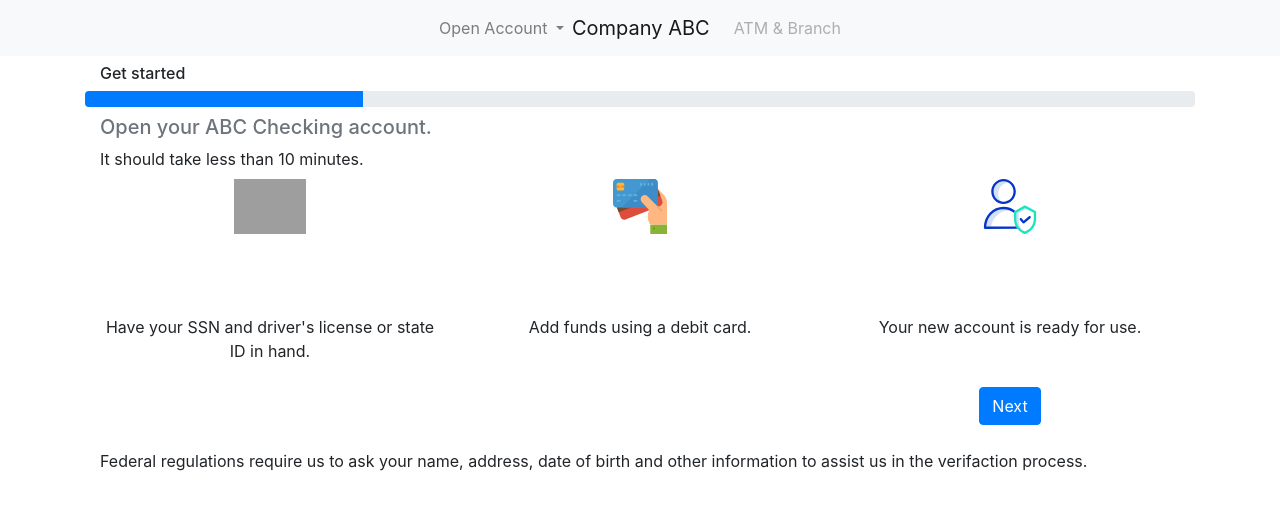
Repository: barriosan95/banking-opening-account-demo
Page: http://localhost/checking/application
The author's editor kept a record of every edit. The page is drawn from the files as they stood at one moment, then again after the next edit.
The browser window is 1280 px wide. The pictures show the whole page.
Pictures or frames that could not be fetched are drawn as grey boxes. Some web fonts or font styles are not loaded; a fallback is used. Some web libraries are served in a nearby version. The page is served by the project's Node server (index.js).

Above is the page before.

### views/checking_app.ejs
<% include ./partials/header %>
    <div class ="container">
        <div class ="container mt-2">
            <h6 class="mb-0"> Get started<h6>
        </div>
        <div class="progress">
            <div class="progress-bar" role="progressbar" style="width: 25%" aria-valuenow="25" aria-valuemin="0" aria-valuemax="100"></div>
        </div>
        <div class ="container mt-2 mb-2 text-muted">
            <h5> Open your ABC Checking account.</h5>
        </div>
        <div class ="container">
            <label> It should take less than 10 minutes.</label>
            <div class ="row">
                <div class ="col-md-4 d-flex flex-column align-items-center">
                    <img class=" app-img img-fluid" src="/icons/identification.svg">
                </div>
                <div class ="col-md-4 d-flex flex-column align-items-center">
                    <img class="app-img img-fluid" src="/icons/debit-card.svg">
                </div>
                <div class ="col-md-4 d-flex flex-column align-items-center">
                    <img class="app-img img-fluid" src="/icons/user.svg">
                </div>
            </div>
            <div class ="row">
                <div class ="col-md-4 text-center">
                    <p>Have your SSN and driver's license or state ID in hand.</p>
                </div>
                <div class ="col-md-4 text-center">
                    <p>Add funds using a debit card. </p>
                </div>
                <div class ="col-md-4 text-center">
                    <p>Your new account is ready for use.</p>
                </div>
            </div>
            <div class ="row">
                <div class="col-md-4 d-flex flex-column align-items-center ml-auto">
                    <a href="/checking/application" > <button class="btn btn-primary mt-2">Next</button></a>
                </div>
            </div>
        </div>
        <div class="container mt-4">
            <p> Federal regulations require us to ask your name, address, date of birth and other information to assist us in the verifaction process.</p>
        </div>
    </div>
<% include ./partials/footer %>

### views/partials/header.ejs
<!DOCTYPE HTML!>
<html>

    <head>


        <!--CDN Bootstrap v4.1.3-->
        <link rel="stylesheet" href="https://stackpath.bootstrapcdn.com/bootstrap/4.1.3/css/bootstrap.min.css">
        <link rel="stylesheet" href="https://cdnjs.cloudflare.com/ajax/libs/font-awesome/4.7.0/css/font-awesome.min.css">

        <!--Ref stylesheets -->
        <link rel= "stylesheet" type="text/css" href="/styles/app.css">


        <!--font -->
        <link href="https://fonts.googleapis.com/css?family=Muli:200,300,400,700,800" rel="stylesheet">


        <!--Will ensure proper responsivness on mobile devices-->
        <meta name="viewport" content="width=device-width, initial-scale=1, shrink-to-fit=no">

        <title> Banking OA Demo </title>

        <meta name="viewport" content="width=device-width, initial-scale=1, maximum-scale=1, user-scalable=no">

    </head>

    <body>

    <!--NAVBAR-->
        <nav class="navbar navbar-expand-lg navbar-light bg-light">
            <button class="navbar-toggler" type="button" data-toggle="collapse" data-target="#navbarNavDropdown" aria-controls="navbarNavDropdown" aria-expanded="false" aria-label="Toggle navigation">
                <span class="navbar-toggler-icon"></span>
            </button>

            <div class="collapse navbar-collapse" id="navbarNavDropdown">
                <ul class="navbar-nav mx-auto">
                    <li class="nav-item dropdown">
                        <a class="nav-link dropdown-toggle" href="#" id="navbarDropdown" role="button" data-toggle="dropdown">
                            Open Account
                        </a>
                        <div class="dropdown-menu" aria-labelledby="navbarDropdown">
                          <a class="dropdown-item" href="/checking">Checking Accounts</a>
                          <div class="dropdown-divider"></div>
                          <a class="dropdown-item" href="/savings">Savings Accounts </a>
                          <div class="dropdown-divider"></div>
                          <a class="dropdown-item" href="#">Money Market Accounts</a>
                          <div class="dropdown-divider"></div>
                          <a class="dropdown-item" href="#">CD and IRA's</a>

                        </div>
                    </li>
                    <a class="navbar-brand" href="/"> Company ABC </a>
                     <li class="nav-item">
                        <a class="nav-link disabled" href="#">ATM & Branch</a>
                     </li>
                </ul>
            </div>
        </nav>

### views/partials/footer.ejs

        <!--Bootstrap js scripts-->
        <script src="https://code.jquery.com/jquery-3.3.1.min.js" integrity="sha256-FgpCb/KJQlLNfOu91ta32o/NMZxltwRo8QtmkMRdAu8="crossorigin="anonymous"></script>
        <script src="https://cdnjs.cloudflare.com/ajax/libs/popper.js/1.12.9/umd/popper.min.js" integrity="sha384-ApNbgh9B+Y1QKtv3Rn7W3mgPxhU9K/ScQsAP7hUibX39j7fakFPskvXusvfa0b4Q" crossorigin="anonymous"></script>
        <script src="https://maxcdn.bootstrapcdn.com/bootstrap/4.0.0/js/bootstrap.min.js" integrity="sha384-JZR6Spejh4U02d8jOt6vLEHfe/JQGiRRSQQxSfFWpi1MquVdAyjUar5+76PVCmYl" crossorigin="anonymous"></script>
        <!--JS SCIPTs -->

        <script src="/js/forms.js"></script>
        <script src="https://cdn.jsdelivr.net/npm/jquerykeyframes@1.0.5/dist/jquery.keyframes.min.js"></script>

    </body>
</html>

### index.js
const express = require('express');


const mainRoutes = require('./routes/main');

//APP CONFIGURATIONS
var app = express();
    app.set('view engine','ejs');
    app.use(express.static("public"));
    app.use(mainRoutes);





app.listen(process.env.PORT,process.env.IP,function(){
    console.log('Server established.');
});

### routes/main.js
const express = require('express');

const router = express.Router();

router.get("/", function(req,res){
    res.render('main');
});

router.get("/checking",function(req,res){
    res.render('checking');
});

router.get("/savings",function(req,res){
    res.render('savings');
});

router.get("/checking/application",function(req,res){
   res.render('checking_app');
});

router.get("/checking/application/customerInfo",function(req,res){
   res.render('info_app');
});


module.exports = router;

### public/styles/app.css
.app-img{
    max-height: 40%;
    max-width: 40%;
}

### public/icons/debit-card.svg
<svg xmlns="http://www.w3.org/2000/svg" height="591pt" version="1.1" viewBox="0 0 591.60405 591" width="591pt">
<g id="surface1">
<path d="M 555.878906 168.519531 L 449.105469 61.542969 L 449.105469 490.230469 L 592 490.230469 L 592 255.378906 C 592 222.769531 578.996094 191.507812 555.878906 168.519531 Z M 555.878906 168.519531 " style=" stroke:none;fill-rule:nonzero;fill:rgb(100%,71.764706%,50.980392%);fill-opacity:1;" />
<path d="M 83.457031 412.117188 L 2.738281 202.570312 C -5.363281 181.535156 5.117188 157.90625 26.164062 149.800781 L 407.15625 3.046875 C 428.191406 -5.054688 451.820312 5.425781 459.921875 26.472656 L 540.640625 236.019531 C 548.742188 257.054688 538.261719 280.683594 517.214844 288.789062 L 136.234375 435.542969 C 115.1875 443.644531 91.570312 433.152344 83.457031 412.117188 Z M 83.457031 412.117188 " style=" stroke:none;fill-rule:nonzero;fill:rgb(87.058824%,29.803922%,23.529412%);fill-opacity:1;" />
<path d="M 489.011719 101.960938 L 32.195312 279.03125 L 62.613281 357.992188 L 519.449219 181.003906 Z M 489.011719 101.960938 " style=" stroke:none;fill-rule:nonzero;fill:rgb(47.843137%,28.627451%,18.823529%);fill-opacity:1;" />
<path d="M 0.00390625 265.679688 L 0.00390625 41.128906 C 0.00390625 18.582031 18.285156 0.300781 40.832031 0.300781 L 449.105469 0.300781 C 471.652344 0.300781 489.933594 18.582031 489.933594 41.128906 L 489.933594 265.679688 C 489.933594 288.226562 471.652344 306.507812 449.105469 306.507812 L 40.832031 306.507812 C 18.285156 306.507812 0.00390625 288.226562 0.00390625 265.679688 Z M 0.00390625 265.679688 " style=" stroke:none;fill-rule:nonzero;fill:rgb(26.27451%,59.607843%,81.960784%);fill-opacity:1;" />
<path d="M 449.105469 0.300781 L 405.726562 0.300781 L 99.519531 306.507812 L 449.105469 306.507812 C 471.652344 306.507812 489.933594 288.226562 489.933594 265.679688 L 489.933594 41.128906 C 489.933594 18.582031 471.652344 0.300781 449.105469 0.300781 Z M 449.105469 0.300781 " style=" stroke:none;fill-rule:nonzero;fill:rgb(24.313725%,54.901961%,78.039216%);fill-opacity:1;" />
<path d="M 40.832031 163.609375 L 81.660156 163.609375 L 81.660156 184.023438 L 40.832031 184.023438 Z M 40.832031 163.609375 " style=" stroke:none;fill-rule:nonzero;fill:rgb(36.862745%,70.196078%,81.960784%);fill-opacity:1;" />
<path d="M 40.832031 224.851562 L 81.660156 224.851562 L 81.660156 245.265625 L 40.832031 245.265625 Z M 40.832031 224.851562 " style=" stroke:none;fill-rule:nonzero;fill:rgb(36.862745%,70.196078%,81.960784%);fill-opacity:1;" />
<path d="M 224.554688 224.851562 L 265.382812 224.851562 L 265.382812 245.265625 L 224.554688 245.265625 Z M 224.554688 224.851562 " style=" stroke:none;fill-rule:nonzero;fill:rgb(36.862745%,70.196078%,81.960784%);fill-opacity:1;" />
<path d="M 102.074219 163.609375 L 142.898438 163.609375 L 142.898438 184.023438 L 102.074219 184.023438 Z M 102.074219 163.609375 " style=" stroke:none;fill-rule:nonzero;fill:rgb(36.862745%,70.196078%,81.960784%);fill-opacity:1;" />
<path d="M 163.3125 163.609375 L 204.140625 163.609375 L 204.140625 184.023438 L 163.3125 184.023438 Z M 163.3125 163.609375 " style=" stroke:none;fill-rule:nonzero;fill:rgb(36.862745%,70.196078%,81.960784%);fill-opacity:1;" />
<path d="M 224.554688 163.609375 L 265.382812 163.609375 L 265.382812 184.023438 L 224.554688 184.023438 Z M 224.554688 163.609375 " style=" stroke:none;fill-rule:nonzero;fill:rgb(36.862745%,70.196078%,81.960784%);fill-opacity:1;" />
<path d="M 418.484375 41.128906 L 438.898438 41.128906 L 438.898438 71.75 L 418.484375 71.75 Z M 418.484375 41.128906 " style=" stroke:none;fill-rule:nonzero;fill:rgb(36.862745%,70.196078%,81.960784%);fill-opacity:1;" />
<path d="M 377.65625 41.128906 L 398.070312 41.128906 L 398.070312 71.75 L 377.65625 71.75 Z M 377.65625 41.128906 " style=" stroke:none;fill-rule:nonzero;fill:rgb(36.862745%,70.196078%,81.960784%);fill-opacity:1;" />
<path d="M 336.828125 41.128906 L 357.242188 41.128906 L 357.242188 71.75 L 336.828125 71.75 Z M 336.828125 41.128906 " style=" stroke:none;fill-rule:nonzero;fill:rgb(36.862745%,70.196078%,81.960784%);fill-opacity:1;" />
<path d="M 296.003906 41.128906 L 316.414062 41.128906 L 316.414062 71.75 L 296.003906 71.75 Z M 296.003906 41.128906 " style=" stroke:none;fill-rule:nonzero;fill:rgb(36.862745%,70.196078%,81.960784%);fill-opacity:1;" />
<path d="M 408.277344 490.230469 L 592 490.230469 L 592 592.296875 L 408.277344 592.296875 Z M 408.277344 490.230469 " style=" stroke:none;fill-rule:nonzero;fill:rgb(53.333333%,70.196078%,21.568627%);fill-opacity:1;" />
<path d="M 378.320312 184.6875 C 361.007812 167.4375 332.992188 167.488281 315.742188 184.800781 C 299.0625 201.539062 298.484375 228.433594 314.425781 245.878906 L 398.070312 337.128906 C 372.929688 381.128906 374.003906 435.386719 400.855469 478.359375 L 408.277344 490.230469 L 540.964844 490.230469 L 540.964844 347.335938 Z M 378.320312 184.6875 " style=" stroke:none;fill-rule:nonzero;fill:rgb(100%,71.764706%,50.980392%);fill-opacity:1;" />
<path d="M 438.898438 520.851562 L 459.3125 520.851562 L 459.3125 541.265625 L 438.898438 541.265625 Z M 438.898438 520.851562 " style=" stroke:none;fill-rule:nonzero;fill:rgb(41.960784%,58.823529%,16.470588%);fill-opacity:1;" />
<path d="M 40.832031 106.453125 L 40.832031 57.460938 C 40.832031 48.4375 48.140625 41.128906 57.164062 41.128906 L 106.15625 41.128906 C 115.179688 41.128906 122.484375 48.4375 122.484375 57.460938 L 122.484375 106.453125 C 122.484375 115.476562 115.179688 122.785156 106.15625 122.785156 L 57.164062 122.785156 C 48.140625 122.785156 40.832031 115.476562 40.832031 106.453125 Z M 40.832031 106.453125 " style=" stroke:none;fill-rule:nonzero;fill:rgb(99.215686%,71.372549%,18.431373%);fill-opacity:1;" />
<path d="M 40.832031 71.75 L 71.453125 71.75 L 71.453125 92.164062 L 40.832031 92.164062 Z M 40.832031 71.75 " style=" stroke:none;fill-rule:nonzero;fill:rgb(99.215686%,48.235294%,18.431373%);fill-opacity:1;" />
<path d="M 91.867188 71.75 L 122.484375 71.75 L 122.484375 92.164062 L 91.867188 92.164062 Z M 91.867188 71.75 " style=" stroke:none;fill-rule:nonzero;fill:rgb(99.215686%,48.235294%,18.431373%);fill-opacity:1;" />
<path d="M 530.757812 347.335938 C 528.054688 347.335938 525.453125 346.261719 523.542969 344.34375 L 482.714844 303.515625 C 478.796875 299.464844 478.910156 293.003906 482.972656 289.082031 C 486.933594 285.265625 493.199219 285.265625 497.148438 289.082031 L 537.976562 329.910156 C 541.957031 333.902344 541.957031 340.363281 537.976562 344.34375 C 536.054688 346.261719 533.464844 347.335938 530.757812 347.335938 Z M 530.757812 347.335938 " style=" stroke:none;fill-rule:nonzero;fill:rgb(94.901961%,64.313725%,43.529412%);fill-opacity:1;" />
</g>
</svg>

### public/icons/user.svg
<svg height="464pt" viewBox="-7 0 464 464.20294" width="464pt" xmlns="http://www.w3.org/2000/svg"><g fill="#d4e1f4"><path d="m300.402344 348.398438v-60l76.898437-42.097657-24-12.800781-83.800781 45.898438v60c.027344 47.632812 28.25 90.734374 71.902344 109.800781l11.597656 5.101562 6.402344-2.800781c-36.511719-21.519531-58.941406-60.71875-59-103.101562zm0 0"/><path d="m123.703125 125.699219c0-52.851563 42.84375-95.699219 95.699219-95.699219 3.097656 0 6.097656.199219 9.097656.398438-32.085938-25.167969-76.59375-27.246094-110.886719-5.171876-34.289062 22.074219-50.832031 63.449219-41.207031 103.078126 9.625 39.628906 43.300781 68.808593 83.894531 72.695312-23.109375-18.152344-36.605469-45.914062-36.597656-75.300781zm0 0"/><path d="m219.300781 265.199219c11.292969-.007813 22.554688 1.164062 33.601563 3.5-25.121094-15.5-54.085938-23.640625-83.601563-23.5-88.097656.199219-159.398437 70.5-159.199219 166.199219l51-.097657c9.101563-85.300781 76.398438-145.902343 158.199219-146.101562zm0 0"/></g><path d="m169.402344 211.398438c58.375 0 105.699218-47.320313 105.699218-105.699219 0-58.375-47.324218-105.699219-105.699218-105.699219s-105.699219 47.324219-105.699219 105.699219c.054687 58.355469 47.34375 105.644531 105.699219 105.699219zm0-191.398438c47.332031 0 85.699218 38.371094 85.699218 85.699219 0 47.332031-38.367187 85.699219-85.699218 85.699219-47.332032 0-85.699219-38.367188-85.699219-85.699219.054687-47.308594 38.390625-85.644531 85.699219-85.699219zm0 0" fill="#0635c9"/><path d="m20.402344 401.300781c2.097656-39.300781 17.398437-75.199219 43.398437-101.902343 27.699219-28.5 65.199219-44.199219 105.5-44.199219h.300781c33.378907-.191407 65.828126 10.988281 92 31.699219 1.5 1.203124 3 2.5 4.5 3.703124l13-15.101562c-1.699218-1.5-3.398437-2.898438-5.101562-4.300781-29.796875-23.699219-66-36.097657-104.699219-36.097657-45.800781.097657-88.300781 17.898438-119.800781 50.296876-32 32.800781-49.5 77.5-49.398438 126 .015626 5.519531 4.484376 9.984374 10 10l281-.5v-20zm0 0" fill="#0635c9"/><path d="m387.5 315.199219-45.199219 36.800781-16.300781-19.101562c-3.589844-4.195313-9.902344-4.6875-14.097656-1.097657-4.199219 3.589844-4.691406 9.902344-1.101563 14.097657l22.699219 26.5c1.910156 2.214843 4.679688 3.492187 7.601562 3.5 2.292969.019531 4.519532-.757813 6.300782-2.199219l52.800781-42.898438c4.289063-3.511719 4.925781-9.832031 1.425781-14.132812-3.5-4.296875-9.816406-4.957031-14.128906-1.46875zm0 0" fill="#0635c9"/><path d="m444.101562 270.5-86.199218-45.898438c-2.96875-1.621093-6.566406-1.582031-9.5.097657l-83.800782 45.902343c-3.207031 1.765626-5.199218 5.136719-5.199218 8.796876v60c.058594 51.585937 30.628906 98.25 77.898437 118.902343l11.601563 5.097657c1.257812.5625 2.625.835937 4 .800781 1.371094-.023438 2.726562-.292969 4-.800781l13.097656-5.699219c48.132812-20.191407 79.4375-67.304688 79.402344-119.5v-58.800781c.003906-3.714844-2.03125-7.132813-5.300782-8.898438zm-14.699218 67.699219c.019531 44.191406-26.523438 84.066406-67.300782 101.101562h-.101562l-9.097656 3.898438-7.601563-3.300781c-39.992187-17.472657-65.855469-56.953126-65.898437-100.597657v-54.101562l73.898437-40.5 76.101563 40.601562zm0 0" fill="#1ae5be"/></svg>

Loaded but not shown: public/js/forms.js (no copy from this time; the picture is the same without it)

After the next edit:
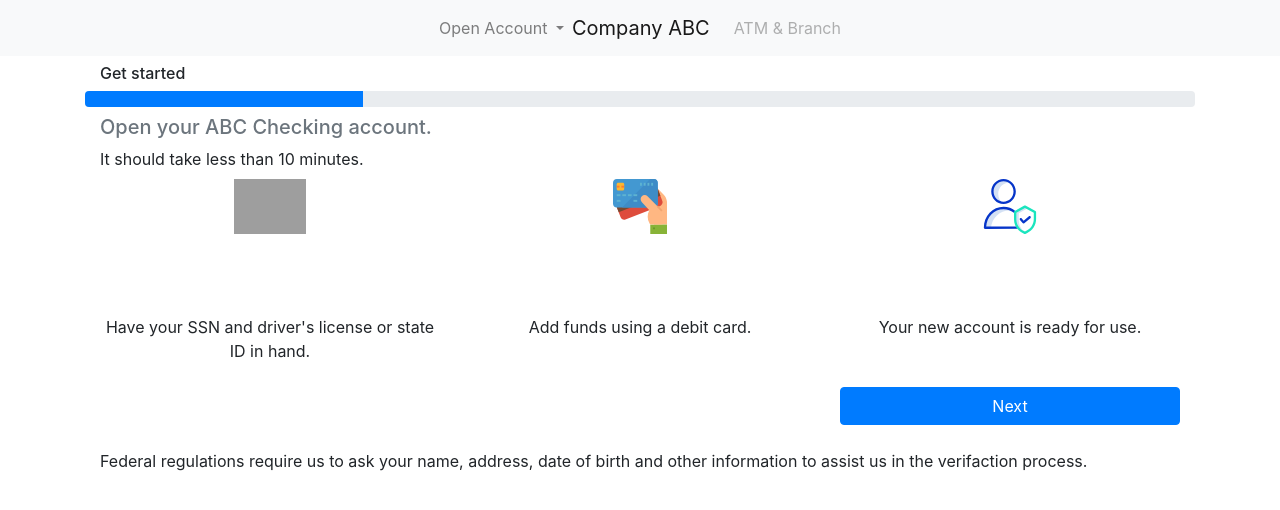
The edit:
--- a/views/checking_app.ejs
+++ b/views/checking_app.ejs
@@ -34,8 +34,8 @@
                 </div>
             </div>
             <div class ="row">
-                <div class="col-md-4 d-flex flex-column align-items-center ml-auto">
-                    <a href="/checking/application" > <button class="btn btn-primary mt-2">Next</button></a>
+                <div class="col-md-4 ml-auto">
+                    <a href="/checking/application" > <button class="btn btn-primary btn-block mt-2">Next</button></a>
                 </div>
             </div>
         </div>
